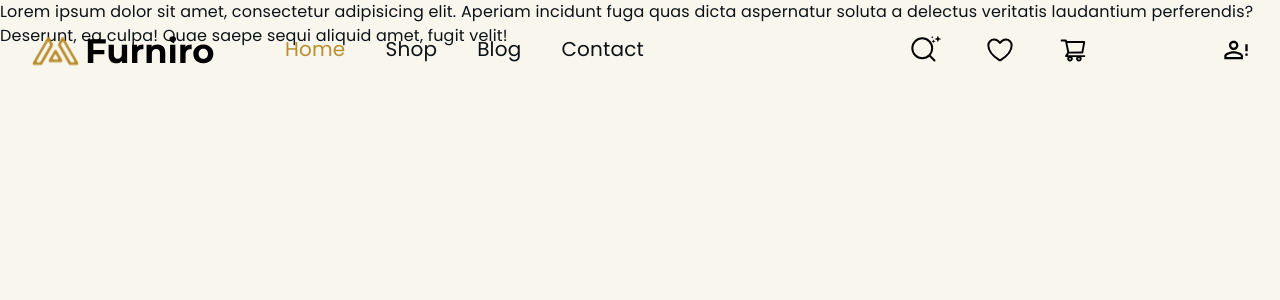
Repository: binhphanbp/furniro-interior_website
Page: index.html
These files come from the project's save history. The page is drawn as it stood at one moment and after the next save; the edit follows.
The browser window is 1280 px wide. The pictures show the whole page.

Above is the page before, as saved 2025-02-19 23:48:10.

After the next save:
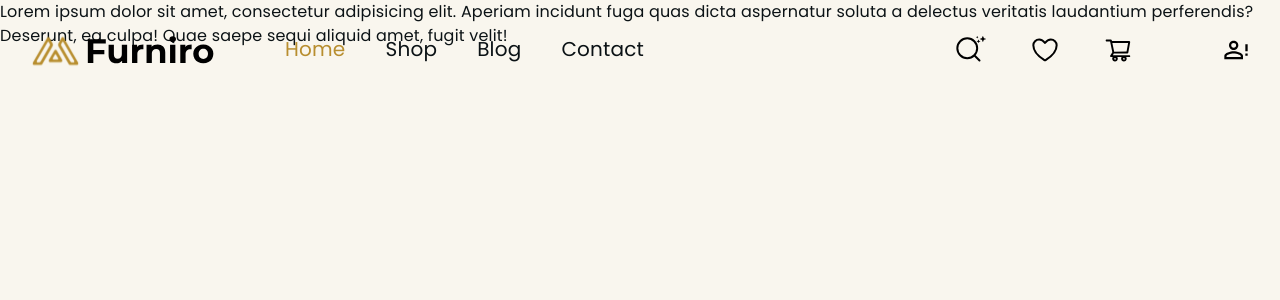
Saved 6 s later.
--- a/index.html
+++ b/index.html
@@ -52,8 +52,9 @@
               <img src="./icons/icon-heart.svg" alt="icon-heart" />
             </a>
           </li>
-          <a href="#"> <img src="./icons/icon-cart.svg" alt="icon-cart" /></a>
-          <li class="header__icons-item"></li>
+          <li class="header__icons-item">
+            <a href="#"> <img src="./icons/icon-cart.svg" alt="icon-cart" /></a>
+          </li>
           <li class="header__icons-item"></li>
 
           <a href="#">
